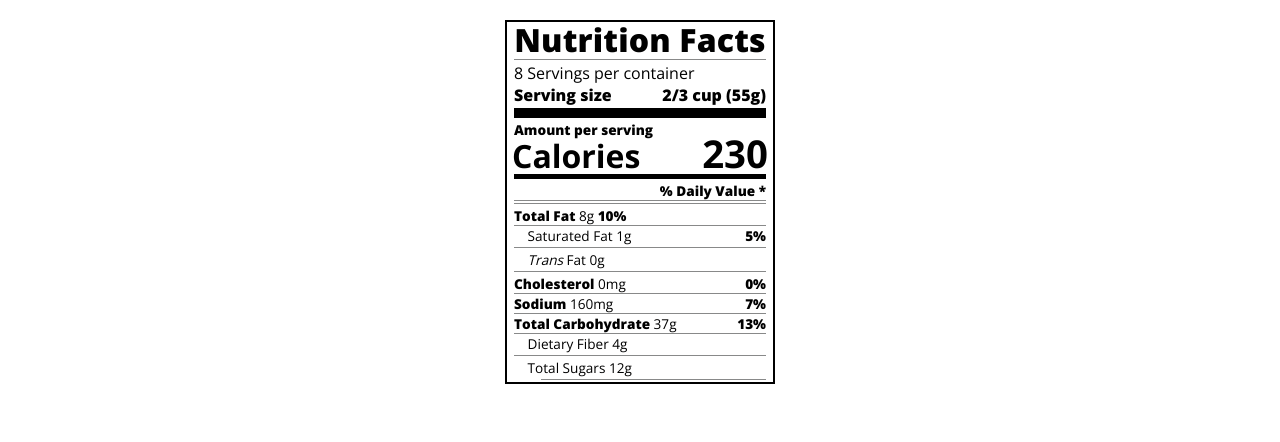
Repository: Lungdjos/typography
Page: index.html
The author's editor kept a copy of each file at every save. The page is drawn from the files as they stood at one save, then again after a run of saves.
The browser window is 1280 px wide. The pictures show the whole page.

Above is the page before, as saved 2023-10-28 02:36:00.

### index.html
<!DOCTYPE html>
<html lang="en">

<head>
    <meta charset="UTF-8">
    <meta name="viewport" content="width=device-width, initial-scale=1.0">
    <title>Nutrition Label</title>
    <link rel="stylesheet" href="styles.css">
    <link rel="stylesheet" href="https://fonts.googleapis.com/css?family=Open+Sans:400,700,800">
</head>

<body>
    <div class="label">
        <header>
            <h1 class="bold">Nutrition Facts</h1>
            <div class="divider"></div>
            <p>8 Servings per container</p>
            <p class="bold">Serving size <span>2/3 cup (55g)</span></p>
        </header>
        <div class="divider large"></div>
        <div class="calories-info">
            <div class="left-container">
                <h2 class="bold small-text">Amount per serving</h2>
                <p>Calories</p>
            </div>
            <span>230</span>
        </div>
        <div class="divider medium"></div>
        <div class="daily-value small-text">
            <p class="bold right">% Daily Value *</p>
            <div class="divider"></div>
            <p><span><span class="bold">Total Fat</span> 8g <span class="bold">10%</span></span>
            </p>
            <p class="indent no-divider">Saturated Fat 1g <span class="bold">5%</span></p>
            <div class="divider"></div>
            <p class="indent no-divider"><span><i>Trans</i> Fat 0g</span></p>
            <div class="divider"></div>
            <p><span><span class="bold">Cholesterol </span> 0mg</span> <span class="bold">0%</span></p>
            <p><span><span class="bold">Sodium</span> 160mg</span> <span class="bold">7%</span></p>
            <p><span><span class="bold">Total Carbohydrate</span> 37g</span> <span class="bold">13%</span></p>
            <p class="indent no-divider">Dietary Fiber 4g</p>
            <div class="divider"></div>
            <p class="indent no-divider">Total Sugars 12g</p>
            <div class="divider double-indent"></div>
        </div>
    </div>

</body>

</html>

### styles.css
body {
    font-family: "Open Sans", sans-serif;
}

html {
    font-size: 16px;
}

.label {
    border: 2px solid black;
    width: 270px;
    margin: 20px auto;
    padding: 0 7px;
}

* {
    box-sizing: border-box;
}

header h1 {
    text-align: center;
    margin: -4px 0;
    letter-spacing: .15PX;
}

p {
    margin: 0;
    display: flex;
    justify-content: space-between;
}

.divider {
    border-bottom: 1px solid #888989;
    margin: 2px 0;
}

.bold {
    font-weight: 800;
}

.large {
    height: 10px;
}

.large,
.medium {
    background-color: black;
    border: 0;
}

.small-text {
    font-size: .85rem;
}

.calories-info h2 {
    margin: 0;
}

.calories-info {
    display: flex;
    justify-content: space-between;
    align-items: flex-end;
}

.left-container p {
    margin: -5px -2px;
    font-size: 2em;
    font-weight: 700;
}

.calories-info span {
    font-size: 2.4em;
    font-weight: 700;
    margin: -7px -2px;
}

.medium {
    height: 5px;
}

.right {
    justify-content: flex-end;
}

.indent {
    margin-left: 1em;
}

.daily-value p:not(.no-divider) {
    border-bottom: 1px solid #888989;
}

.double-indent {
    margin-left: 2em;
}

After the next 2 saves:
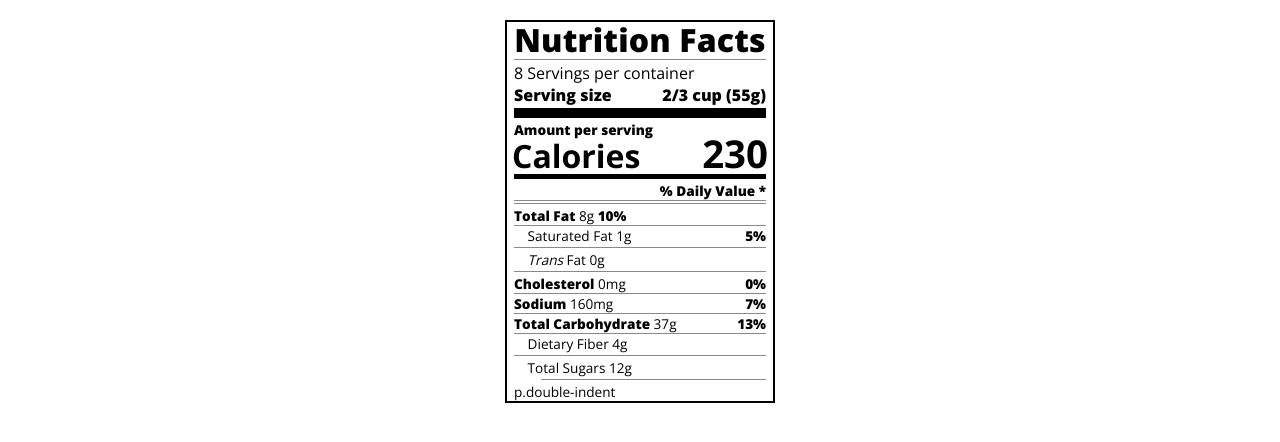
The 2 saves are shown as one change because they came seconds apart.
The last was saved 98 s later.
--- a/index.html
+++ b/index.html
@@ -42,6 +42,7 @@
             <div class="divider"></div>
             <p class="indent no-divider">Total Sugars 12g</p>
             <div class="divider double-indent"></div>
+            p.double-indent
         </div>
     </div>
 
